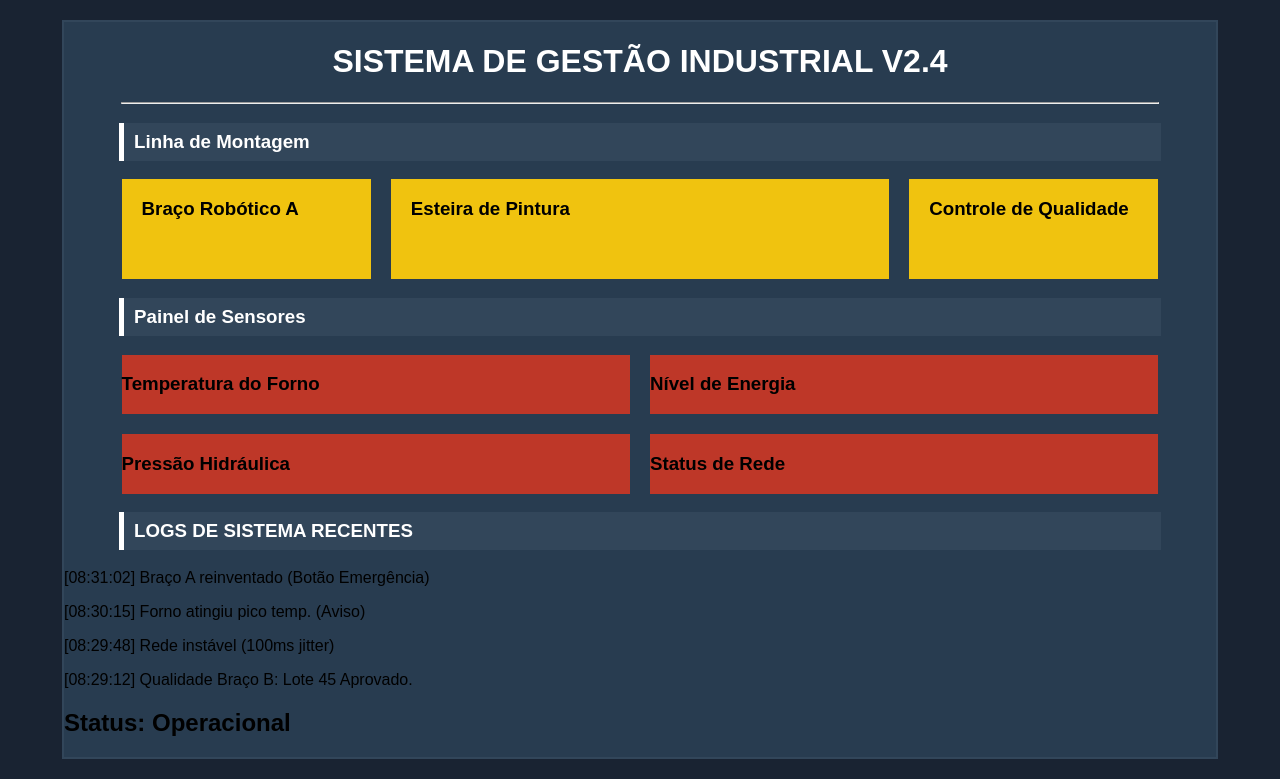
Repository: DanielEDapper/Front-WEG
Page: ProfeIgor/Aula5 - Dashboard Industrial/index.html
An editor plug-in stored every save of this project. The page is shown before and after the next save, followed by the edit.
The browser window is 1280 px wide. The pictures show the whole page.
Some icons come from a web library that is not loaded, so they are not drawn.

Above is the page before, as saved 2026-05-29 19:57:11.

After the next save:
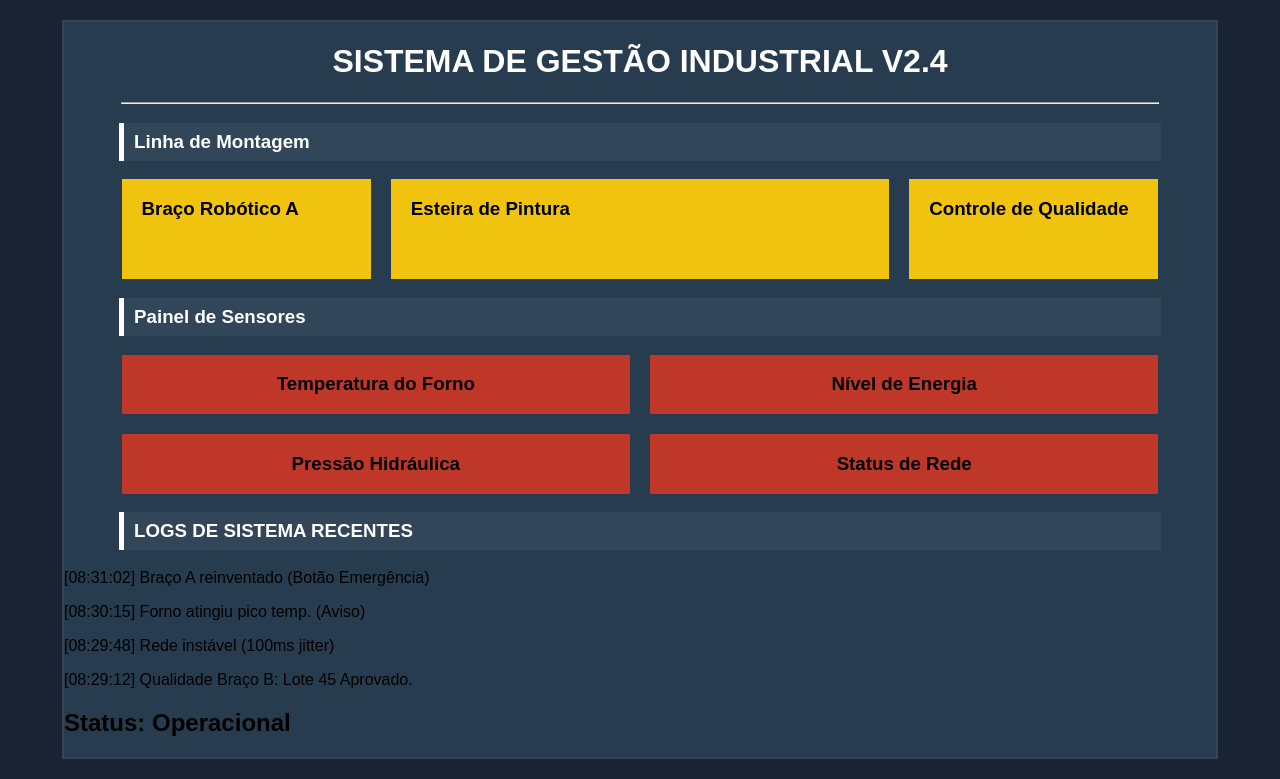
Saved 6 s later.
--- a/ProfeIgor/Aula5 - Dashboard Industrial/style.css
+++ b/ProfeIgor/Aula5 - Dashboard Industrial/style.css
@@ -104,5 +104,5 @@
 
 .card-sensores{
     background-color: var(--danger);
-    align-items: center;
+    justify-items: center;
 }

After the save that followed:
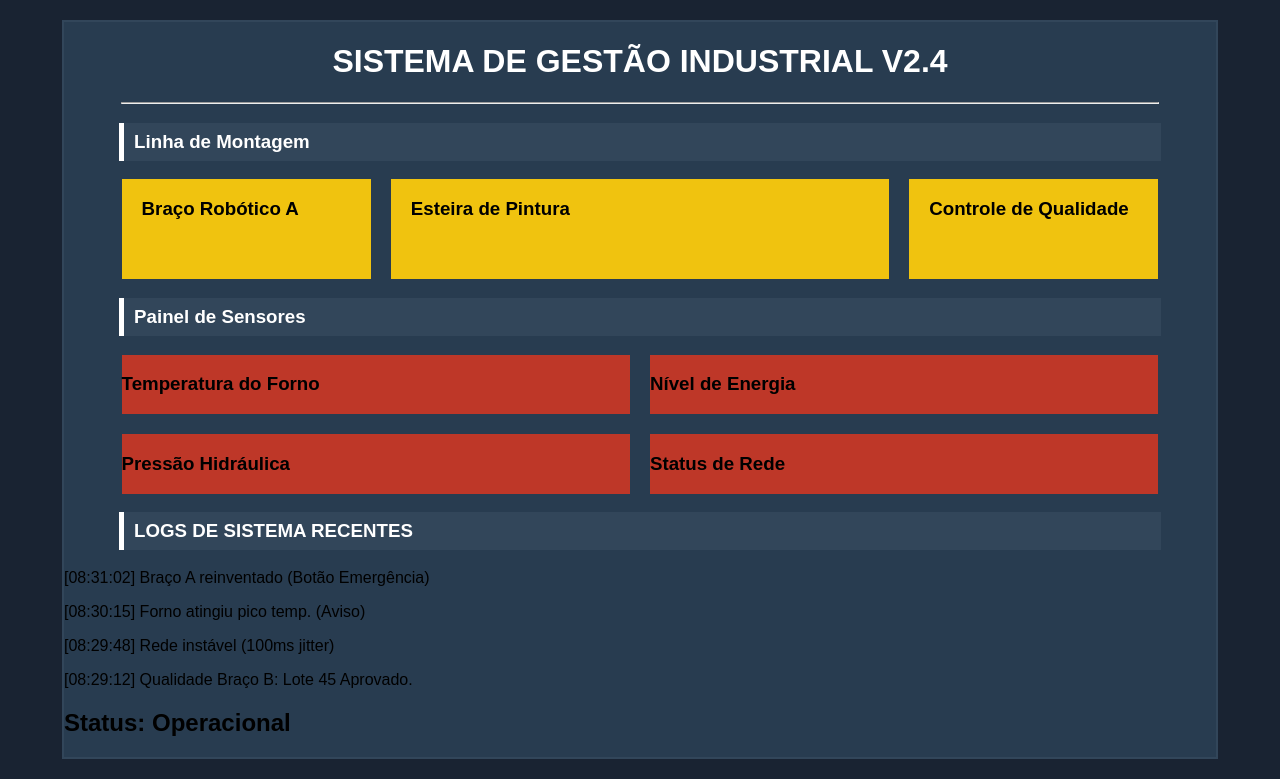
Saved 7 s later.
--- a/ProfeIgor/Aula5 - Dashboard Industrial/style.css
+++ b/ProfeIgor/Aula5 - Dashboard Industrial/style.css
@@ -104,5 +104,5 @@
 
 .card-sensores{
     background-color: var(--danger);
-    justify-items: center;
+    align-items: center;
 }
